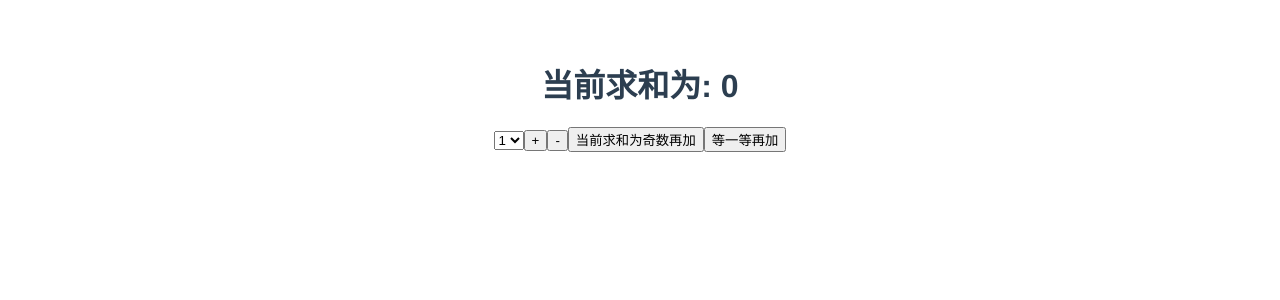
Repository: 319226862/wyy
Page: /#/home/news (app in test/)
These files come from the project's save history. The page is drawn as it stood at one moment and after the next save; the edit follows.
The browser window is 1280 px wide. The pictures show the whole page.
The project was rebuilt for these pictures with package versions that can differ from the ones it lists, and the page was loaded fresh each time. Also part of the build but not shown: test/vue.config.js.

Above is the page before, as saved 2023-06-30 10:23:25.

### test/src/main.js
import Vue from 'vue'
import App from './App.vue'
import store from './store'

Vue.config.productionTip = false

new Vue({
  render: h => h(App),
  store,
  beforeCreate(){
    Vue.prototype.$bus = this
  }
}).$mount('#app')

### test/src/App.vue
<template>
  <div id="container">
    <!-- <Category title="food" :listData="foods"/> -->
    <!-- <Category title="game" :listData="games"/> -->
    <!-- <Category title="film" :listData="films"/> -->
    <!-- <Category title="food">
      <img slot="bottom" src="https://s3.ax1x.com/2021/01/16/srJlq0.jpg" />
      <a slot="footer" href="#">more</a>
    </Category> -->

    <!-- <Category title="games">
      <template scope="data">
        <ul>
          <li v-for="(game,index) in data.games" :key="index">{{ game }}</li>
        </ul>
      </template>
    </Category>

    <Category title="games">
      <template scope="data">
        <ol>
          <li v-for="(game,index) in data.games" :key="index">{{ game }}</li>
        </ol>
      </template>
    </Category>

    <Category title="games">
      <template scope="data">
        <h4>
          <li v-for="(game,index) in data.games" :key="index">{{ game }}</li>
        </h4>
      </template>
    </Category> -->

    <!-- <Category title="films">
      <video slot="bottom" src="http://clips.vorwaerts-gmbh.de/big_buck_bunny.mp4"></video>
      <a slot="footer" href="#">more</a>
    </Category> -->


    <Count/>
  </div>
</template>

<script>
// import axios from 'axios'
// import Category from './components/Category.vue'
import Count from './components/Count.vue';
export default {
  name: 'App',

  components: {Count},
  methods:{

  }
}
</script>

<style>
#container {
  font-family: Avenir, Helvetica, Arial, sans-serif;
  -webkit-font-smoothing: antialiased;
  -moz-osx-font-smoothing: grayscale;
  text-align: center;
  color: #2c3e50;
  margin-top: 60px;
}

</style>

### test/src/store/index.js
// 用于创建vuex的store
import Vue from 'vue'
import Vuex from 'vuex'
Vue.use(Vuex)
// 准备actions——用于响应组件中的动作
const actions={
    jia(context,value){
        // console.log("actions,jia被调用",context,value)
        context.commit('JIA',value)
    },
    jian(context,value){
        // console.log("actions,jia被调用",context,value)
        context.commit('JIAN',value)
    },
    jiaOdd(context,value){
        if (context.state.number%2){
            context.commit('JIA',value)
        }
    },
    jiaWait(context,value){
        setTimeout(() => {
            context.commit('JIA',value)
        }, 500);
    }
}

// 准备mutations——用于操作数据state
const mutations={
    JIA(state,value){
        // console.log("mutations,JIA被调用",state,value)
        state.number += value
    },
    JIAN(state,value){
        // console.log("mutations,JIA被调用",state,value)
        state.number -= value
    },
}

// 准备state——用于存储数据
const state={
    // 求和数字
    number:0
}

// 准备getters——用于加工state中的数据
const getters = {
    bigSum(state){
        return state.number*10
    }
}

// 创建&暴露store
export default new Vuex.Store({
    actions,
    mutations,
    state,
    getters
})

### test/src/components/Count.vue
<template>
    <div>
        <h1>当前求和为: {{ $store.state.number }}</h1>
        <select v-model.number="n">
            <option value="1">1</option>
            <option value="2">2</option>
            <option value="3">3</option>
        </select>
        <button @click="increment">+</button>
        <button @click="decrement">-</button>
        <button @click="incrementOdd">当前求和为奇数再加</button>
        <button @click="incrementWait">等一等再加</button>
    </div>
</template>

<script>
export default {
    data(){
        return {
            // 用户选择的数字
            n:1,

        }
    },
    methods:{
        increment(){
            // this.number += this.n
            this.$store.commit('JIA',this.n)
        },
        decrement(){
            // this.number -= this.n
            // commit 越过dispatch
            this.$store.commit('JIAN',this.n)
        },
        incrementOdd(){
            // if(this.number%2){
            //     this.number += this.n
            // }
            // if(this.$store.state.number%2){
            //     this.$store.dispatch('jia',this.n)
            // }
            this.$store.dispatch('jiaOdd',this.n)
        },
        incrementWait(){
            // setTimeout(()=>{
            //     // this.number += this.n
            //     this.$store.dispatch('jia',this.n)
            // },500)
            this.$store.dispatch('jiaWait',this.n)
        },
    }
}
</script>

<style>

</style>

Loaded but not shown: test/public/index.html (common file)

After the next save:
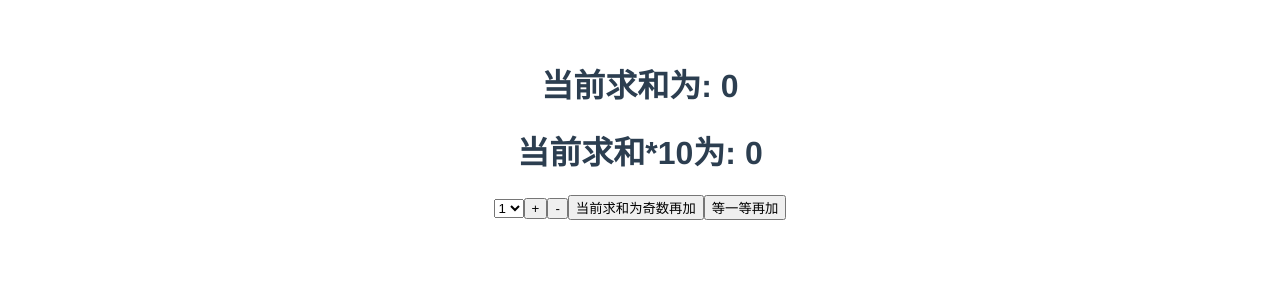
Saved 45 s later.
--- a/test/src/components/Count.vue
+++ b/test/src/components/Count.vue
@@ -1,6 +1,7 @@
 <template>
     <div>
         <h1>当前求和为: {{ $store.state.number }}</h1>
+        <h1>当前求和*10为: {{ $store.getters.bigSum }}</h1>
         <select v-model.number="n">
             <option value="1">1</option>
             <option value="2">2</option>
